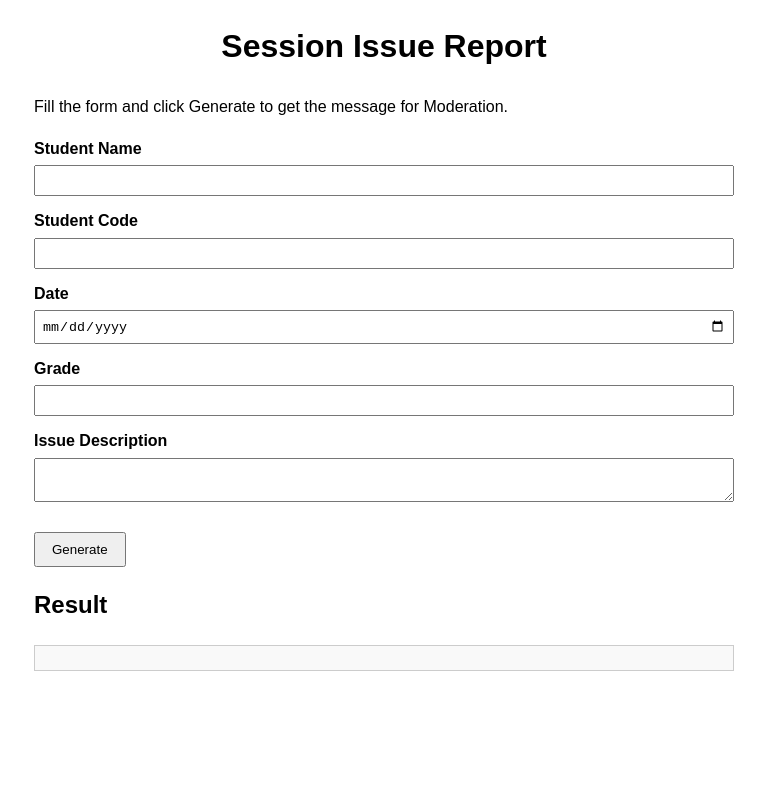
Repository: shklala/feedback-creator
Page: index.html
These files come from the project's save history. The page is drawn as it stood at one moment and after the next save; the edit follows.
The browser window is 768 px wide. The pictures show the whole page.

Above is the page before, as saved 2025-11-15 18:43:33.

### index.html
<!DOCTYPE html>
<html lang="en">

<head>
    <meta charset="UTF-8" />
    <title>Session Issue Report Generator</title>
    <style>
        body {
            font-family: Arial, sans-serif;
            max-width: 700px;
            margin: 20px auto;
            line-height: 1.6;
        }

        h1 {
            text-align: center;
        }

        .field {
            margin-bottom: 12px;
        }

        label {
            display: block;
            font-weight: bold;
            margin-bottom: 4px;
        }

        input,
        textarea {
            width: 100%;
            padding: 6px;
            box-sizing: border-box;
        }

        button {
            padding: 8px 16px;
            cursor: pointer;
            margin-top: 10px;
        }

        #outputBox {
            margin-top: 20px;
            border: 1px solid #ccc;
            padding: 12px;
            white-space: pre-wrap;
            background: #f9f9f9;
        }
    </style>
</head>

<body>

    <h1>Session Issue Report</h1>
    <p>Fill the form and click Generate to get the message for Moderation.</p>

    <form id="dataForm">
        <div id="questions"></div>
        <button type="submit">Generate</button>
    </form>

    <h2>Result</h2>
    <div id="outputBox"></div>

    <script>
        const templateConfig = {
            title: "Moderation Issue Report",
            fields: [
                { name: "studentName", label: "Student Name", type: "text" },
                { name: "studentCode", label: "Student Code", type: "text" },
                { name: "date", label: "Date", type: "date" },
                { name: "grade", label: "Grade", type: "text" },
                { name: "issue", label: "Issue Description", type: "textarea" }
            ],
            outputTemplate: `
      @channel
Session Issue Report

Student Name: {{studentName}}
Student Code: {{studentCode}}
Date: {{date}}
Grade: {{grade}}

Issue:
{{issue}}

Please check and resolve this issue for the session.
Thank you.
`
        };

        const questionsDiv = document.getElementById("questions");

        templateConfig.fields.forEach(field => {
            const wrapper = document.createElement("div");
            wrapper.className = "field";

            const label = document.createElement("label");
            label.textContent = field.label;
            label.setAttribute("for", field.name);

            let input;

            if (field.type === "textarea") {
                input = document.createElement("textarea");
            } else {
                input = document.createElement("input");
                input.type = field.type;
            }

            input.id = field.name;
            input.name = field.name;

            wrapper.appendChild(label);
            wrapper.appendChild(input);
            questionsDiv.appendChild(wrapper);
        });

        const form = document.getElementById("dataForm");
        const outputBox = document.getElementById("outputBox");

        form.addEventListener("submit", function (e) {
            e.preventDefault();

            const formData = new FormData(form);
            let result = templateConfig.outputTemplate;

            result = result.replace(/{{(.*?)}}/g, (match, fieldName) => {
                const value = formData.get(fieldName.trim());
                return value || "(missing)";
            });

            outputBox.textContent = result.trim();
        });
    </script>

</body>

</html>

After the next save:
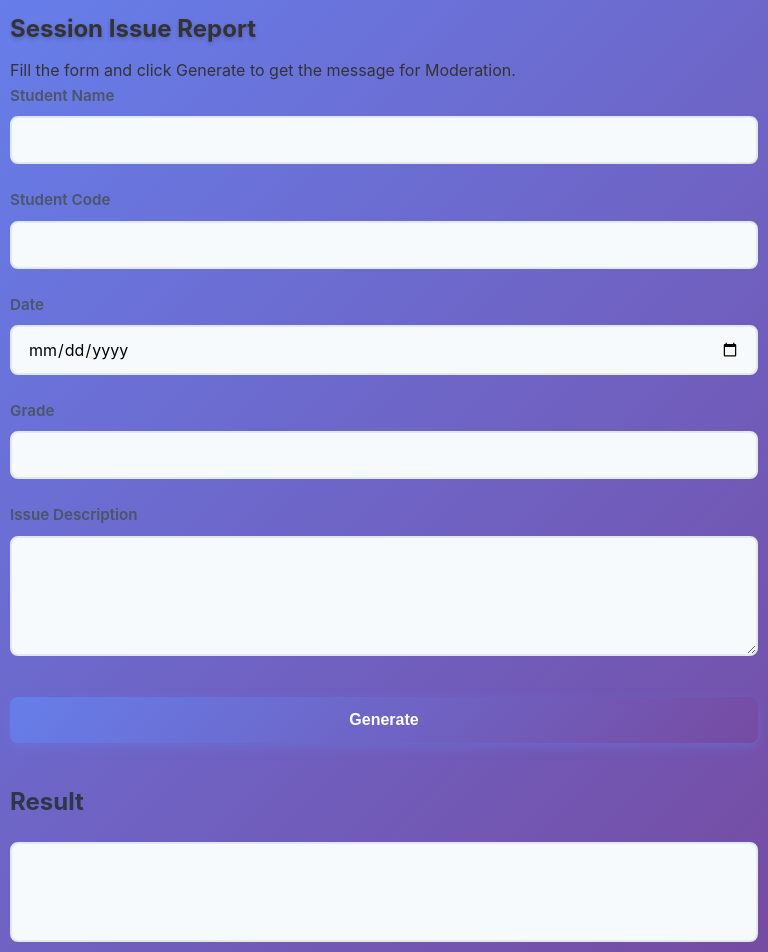
Saved 6 min 9 s later.
--- a/index.html
+++ b/index.html
@@ -5,46 +5,166 @@
     <meta charset="UTF-8" />
     <title>Session Issue Report Generator</title>
     <style>
+        * {
+            margin: 0;
+            padding: 0;
+            box-sizing: border-box;
+        }
+
         body {
-            font-family: Arial, sans-serif;
+            font-family: -apple-system, BlinkMacSystemFont, 'Segoe UI', Roboto, 'Helvetica Neue', Arial, sans-serif;
+            background: linear-gradient(135deg, #667eea 0%, #764ba2 100%);
+            min-height: 100vh;
+            padding: 20px;
+            line-height: 1.6;
+            color: #333;
+        }
+
+        .container {
             max-width: 700px;
-            margin: 20px auto;
-            line-height: 1.6;
+            margin: 0 auto;
+            background: white;
+            border-radius: 16px;
+            box-shadow: 0 20px 60px rgba(0, 0, 0, 0.3);
+            overflow: hidden;
+        }
+
+        .header {
+            background: linear-gradient(135deg, #667eea 0%, #764ba2 100%);
+            color: white;
+            padding: 40px 30px;
+            text-align: center;
         }
 
         h1 {
-            text-align: center;
+            font-size: 2rem;
+            font-weight: 700;
+            margin-bottom: 10px;
+            text-shadow: 0 2px 4px rgba(0, 0, 0, 0.2);
+        }
+
+        .header p {
+            font-size: 1rem;
+            opacity: 0.95;
+            margin-top: 8px;
+        }
+
+        .content {
+            padding: 40px 30px;
         }
 
         .field {
-            margin-bottom: 12px;
+            margin-bottom: 24px;
         }
 
         label {
             display: block;
-            font-weight: bold;
-            margin-bottom: 4px;
+            font-weight: 600;
+            margin-bottom: 8px;
+            color: #4a5568;
+            font-size: 0.95rem;
         }
 
         input,
         textarea {
             width: 100%;
-            padding: 6px;
+            padding: 12px 16px;
             box-sizing: border-box;
+            border: 2px solid #e2e8f0;
+            border-radius: 8px;
+            font-size: 1rem;
+            font-family: inherit;
+            transition: all 0.3s ease;
+            background: #f7fafc;
+        }
+
+        input:focus,
+        textarea:focus {
+            outline: none;
+            border-color: #667eea;
+            background: white;
+            box-shadow: 0 0 0 3px rgba(102, 126, 234, 0.1);
+        }
+
+        input:hover,
+        textarea:hover {
+            border-color: #cbd5e0;
+        }
+
+        textarea {
+            min-height: 120px;
+            resize: vertical;
         }
 
         button {
-            padding: 8px 16px;
+            width: 100%;
+            padding: 14px 24px;
+            background: linear-gradient(135deg, #667eea 0%, #764ba2 100%);
+            color: white;
+            border: none;
+            border-radius: 8px;
+            font-size: 1rem;
+            font-weight: 600;
             cursor: pointer;
             margin-top: 10px;
+            transition: all 0.3s ease;
+            box-shadow: 0 4px 12px rgba(102, 126, 234, 0.4);
+        }
+
+        button:hover {
+            transform: translateY(-2px);
+            box-shadow: 0 6px 20px rgba(102, 126, 234, 0.5);
+        }
+
+        button:active {
+            transform: translateY(0);
+        }
+
+        h2 {
+            margin-top: 40px;
+            margin-bottom: 16px;
+            color: #2d3748;
+            font-size: 1.5rem;
+            font-weight: 700;
         }
 
         #outputBox {
             margin-top: 20px;
-            border: 1px solid #ccc;
-            padding: 12px;
+            border: 2px solid #e2e8f0;
+            border-radius: 8px;
+            padding: 20px;
             white-space: pre-wrap;
-            background: #f9f9f9;
+            background: #f7fafc;
+            font-family: 'Courier New', monospace;
+            font-size: 0.9rem;
+            line-height: 1.8;
+            color: #2d3748;
+            min-height: 100px;
+            transition: all 0.3s ease;
+        }
+
+        #outputBox:not(:empty) {
+            border-color: #667eea;
+            background: white;
+            box-shadow: 0 0 0 3px rgba(102, 126, 234, 0.1);
+        }
+
+        @media (max-width: 768px) {
+            body {
+                padding: 10px;
+            }
+
+            .header {
+                padding: 30px 20px;
+            }
+
+            h1 {
+                font-size: 1.5rem;
+            }
+
+            .content {
+                padding: 30px 20px;
+            }
         }
     </style>
 </head>
